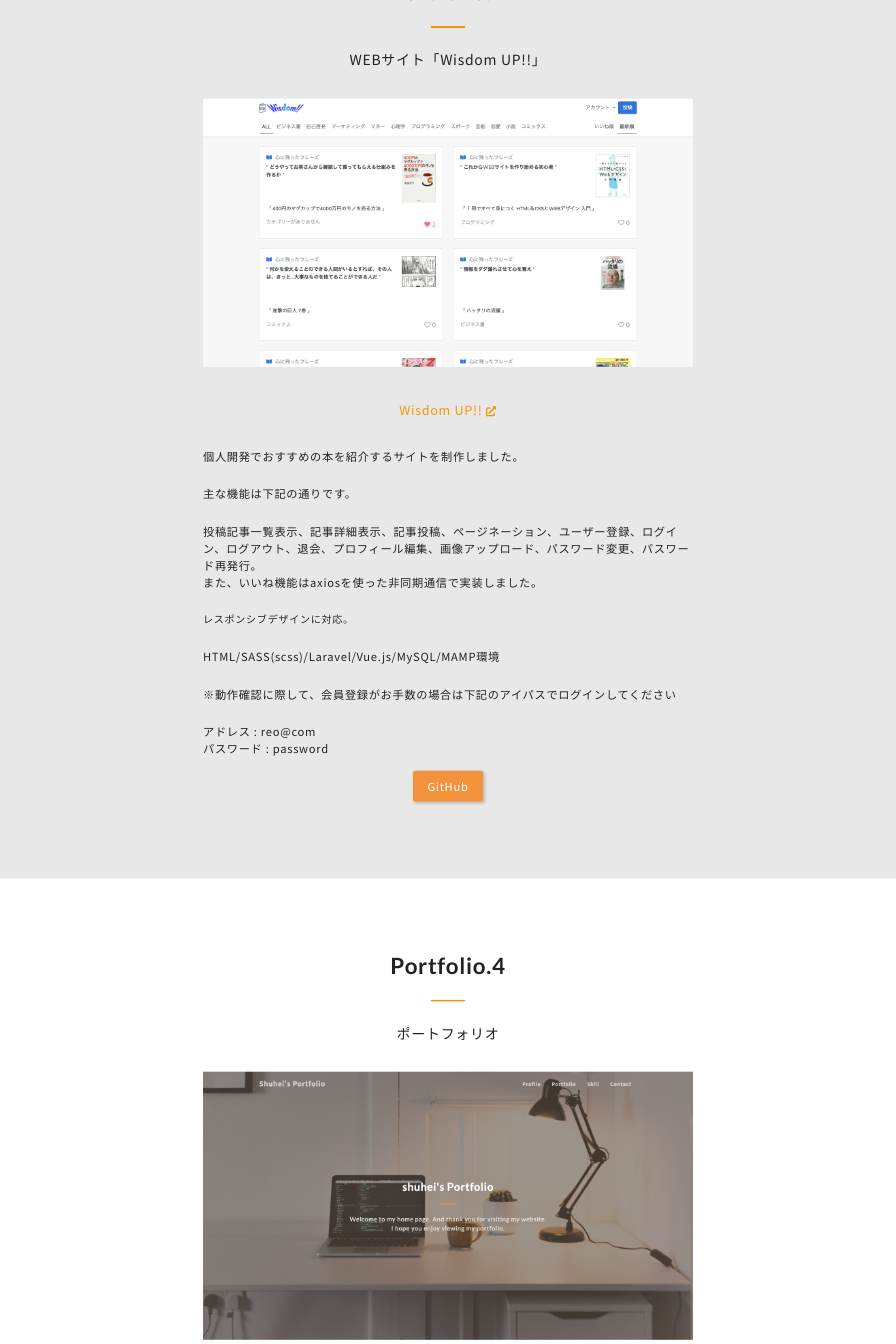
Repository: shuehi23/Portfolio
Page: portfolio/portfolio.html
An editor plug-in stored every save of this project. The page is shown before and after the next save, followed by the edit.
The browser window is 1280 px wide. The pictures show the part of the page from y = 4580 to 6500 px (the page is 7136 px tall before and 7166 px after), at 70% of full size.
A picture or video elsewhere on the page could not be fetched, so the positions and the page height are approximate. Some web libraries are served in a nearby version.

Above is the page before, as saved 2020-10-24 10:28:50.

After the next save:
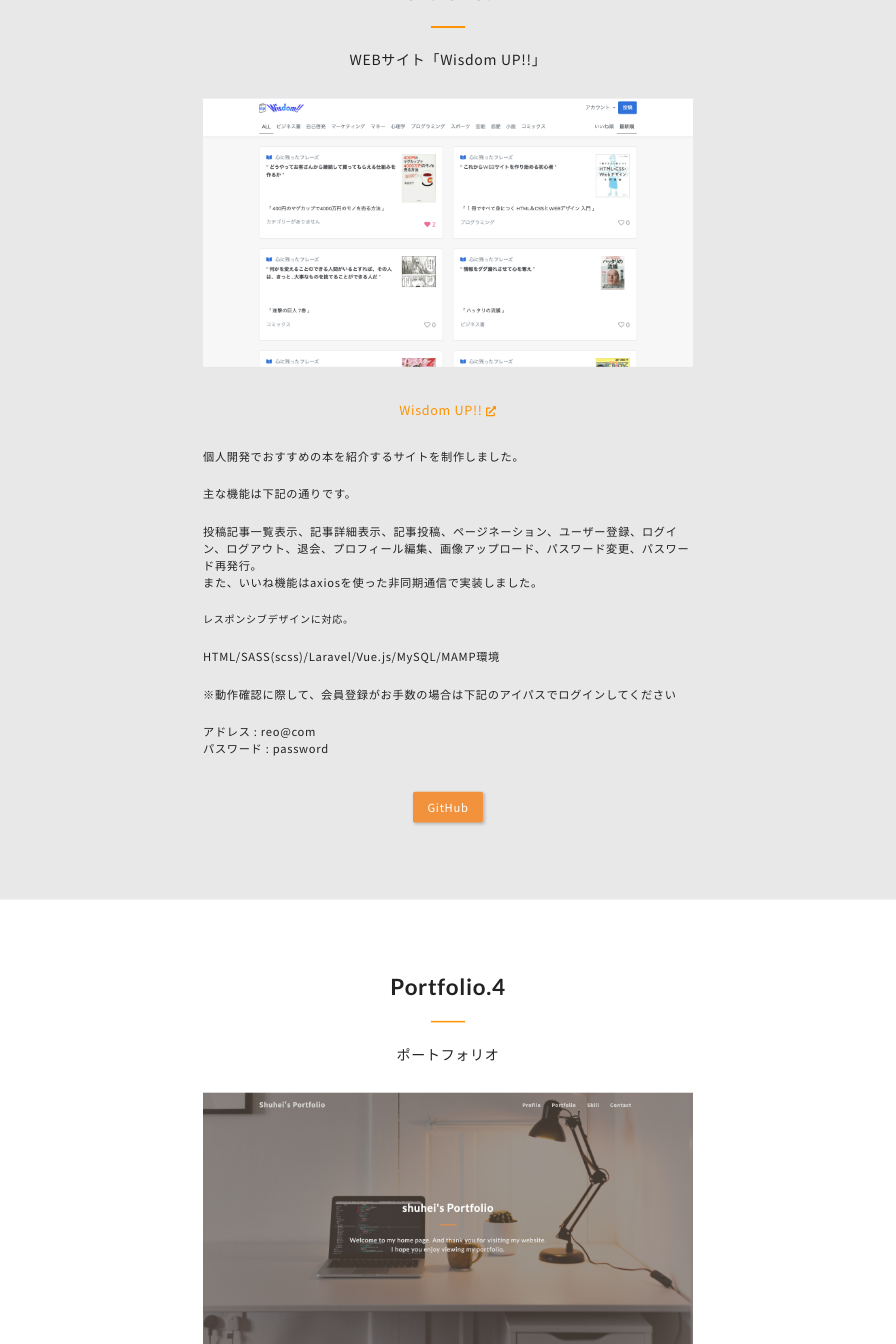
Saved 17 s later.
--- a/portfolio/portfolio.html
+++ b/portfolio/portfolio.html
@@ -171,7 +171,7 @@
         <p class="p-detail_text">
                   ※動作確認に際して、会員登録がお手数の場合は下記のアイパスでログインしてください<br>
         </p>
-        <p class="p-detel_text">
+        <p class="p-detail_text">
                   アドレス : reo@com<br>
                   パスワード : password
         </p>

After the save that followed:
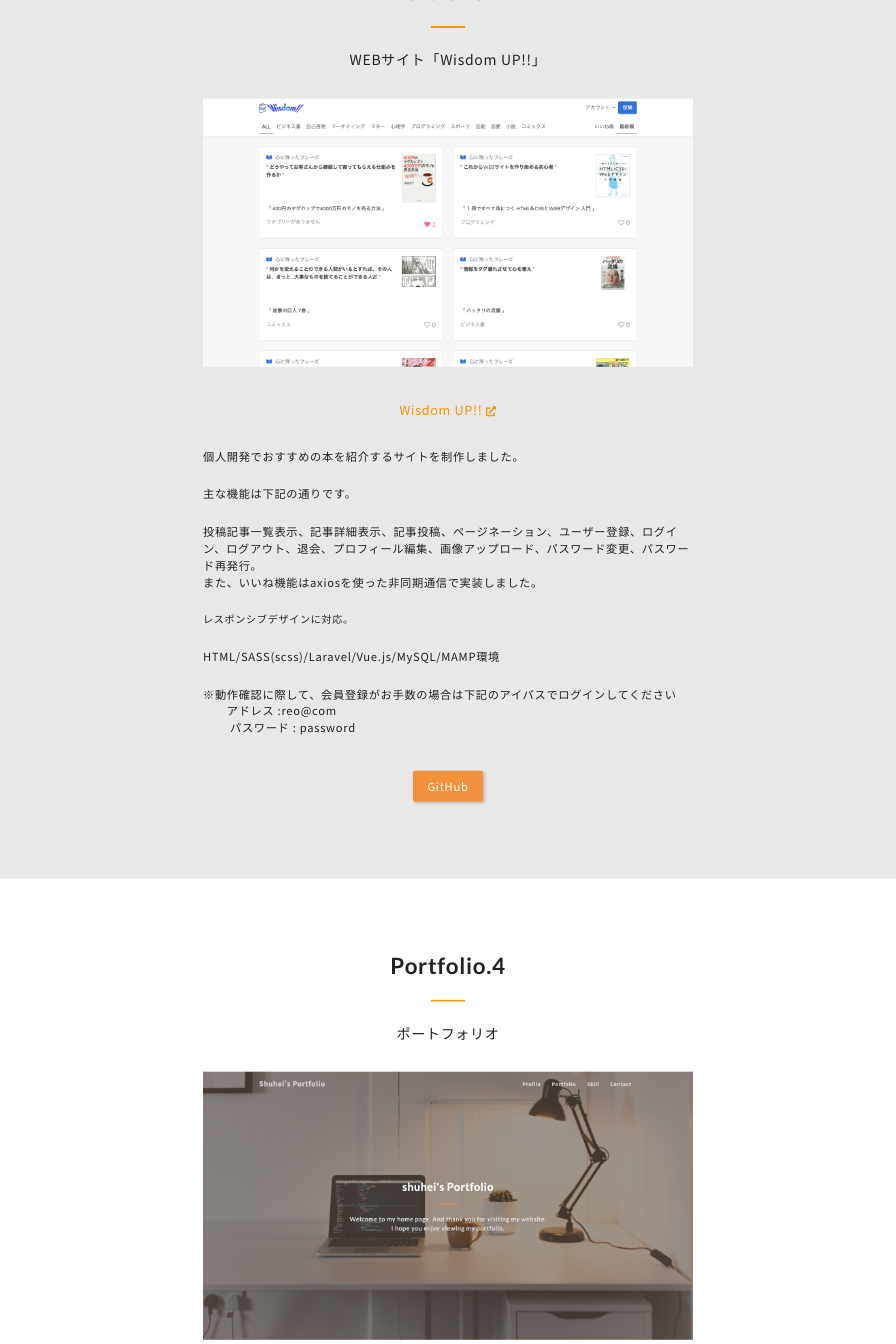
Saved 2 min 6 s later.
--- a/portfolio/portfolio.html
+++ b/portfolio/portfolio.html
@@ -170,10 +170,8 @@
         </p>
         <p class="p-detail_text">
                   ※動作確認に際して、会員登録がお手数の場合は下記のアイパスでログインしてください<br>
-        </p>
-        <p class="p-detail_text">
-                  アドレス : reo@com<br>
-                  パスワード : password
+                  　　アドレス :reo@com<br>
+                 　　 パスワード : password
         </p>
         <p class="p-detail_text c-btn--wrap">
           <a href="#" class="c-btn--link">GitHub</a>
